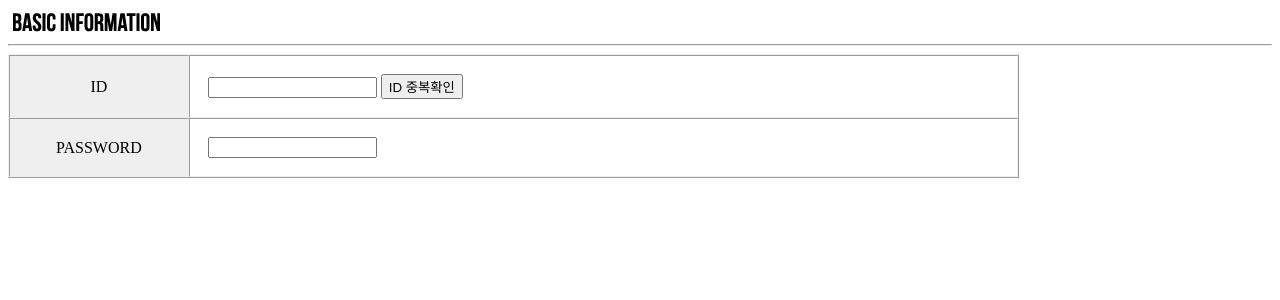
Repository: kminjoo/Making-website-using-JSP
Page: http://localhost/website_project/Register.jsp
These files come from the project's save history. The page is drawn as it stood at one moment and after the next save; the edit follows.
The browser window is 1280 px wide. The pictures show the whole page.
The page is served by Tomcat 9. Other server files are loaded and not shown.

Above is the page before, as saved 2015-07-21 14:01:03.

### website_project/WebContent/Register.jsp
<%@ page language="java" contentType="text/html; charset=EUC-KR"
    pageEncoding="EUC-KR"%>
<!DOCTYPE html PUBLIC "-//W3C//DTD HTML 4.01 Transitional//EN" "http://www.w3.org/TR/html4/loose.dtd">
<html>
<head>
<meta http-equiv="Content-Type" content="text/html; charset=EUC-KR">
<title>Welcome to Minjoo's Website!</title>
<link href="style.css" rel="stylesheet" type="text/css">

<script language="JavaScript" src="script.js"></script>
</head>
<body>
<div><img src="<%=request.getContextPath() %>/images/basicInfo.JPG"/></div>
<hr>
<table border="1" cellpadding="18" cellspacing="1" width="80%">
<form name="regForm" method="post" action="RegisterProc.jsp">
	<tr>
		<td width="13%" align="center" bgcolor="#EFEFEF">ID</td>
		<td width="60%"><input type="text" name="mem_id" size="18">
		<input type="button" value="ID 중복확인" onClick="idCheck(this.form.mem_id.value)"></td>
	</tr>
	<tr>
		<td width="13%" align="center" bgcolor="#EFEFEF">PASSWORD</td>
		<td width="60%"><input type="password" name="mem_passwd" size="18">
	</tr>
</table>
</form>

</body>
</html>

### website_project/WebContent/style.css
@CHARSET "EUC-KR";

hr {
    display: block;
    margin-top: 0.5em;
    margin-bottom: 0.5em;
    margin-left: auto;
    margin-right: auto;
    border-style: inset;
    border-width: 1px;
}

table {
    display: table;
    border-collapse: collpase;
    border-spacing: 0px;
    border-color: #EFEFEF;
}

### website_project/WebContent/script.js
/**
 *
 */


function loginCheck(){
	if(document.login.mem_id.value==""){
		alert("Enter your ID.");
		document.login.mem_id.focus();
		return;
	}
	if(document.login.mem_passwd.value==""){
		alert("Enter your password.");
		document.login.mem_passwd.focus();
		return;
	}
	document.login.submit();

}

function memberReg(){
	location.href ="Register.jsp";
}
function idCheck(id){
	if(id == ""){
	alert("Enter your ID.");
	document.regForm.mem_id.focus();
	}else{
		url="IdCheck.jsp?mem_id=" + id;
		window.open(url,"post","width=300,height=150");
	}
}

function inputCheck(){
	if(document.regForm.mem_id.value==""){
		alert("Enter your ID.");
		document.regForm.mem_id.focus();
		return;
	}
	if(document.regForm.mem_password.value==""){
		alert("Enter your Password.");
		document.regForm.mem_password.focus();
		return;
	}
	if(document.regForm.mem_repasswd.value==""){
		alert("Enter your Password.");
		document.regForm.mem_repasswd.focus();
		return;
	}

	if(document.regForm.mem_password.value != document.regForm.mem_repasswd.value){
		alert("Passwords do not match.");
		document.regForm.mem_passwd.focus();
		return;
	}

	if(document.regForm.mem_firstname.value==""){
		alert("Enter your first name.");
		document.regForm.mem_firstname.focus();
		return;
	}
	if(document.regForm.mem_lastname.value==""){
		alert("Enter your last name.");
		document.regForm.mem_lastname.focus();
		return;
	}
	if(document.regForm.mem_email.value==""){
		alert("Enter your email address.");
		document.regForm.mem_email.focus();
		return;
	}
	if(document.regForm.mem_phone1.value==""){
		alert("Enter your phone number.");
		document.regForm.mem_phone1.focus();
		return;
	}
	if(document.regForm.mem_phone2.value==""){
		alert("Enter your phone number.");
		document.regForm.mem_phone2.focus();
		return;
	}
	if(document.regForm.mem_phone3.value==""){
		alert("Enter your phone number.");
		document.regForm.mem_phone3.focus();
		return;
	}

	var str = document.regForm.mem_email.value;
	var atPos = str.indexOf('@');
	var atLastPos = str.lastIndexOf('@');
	var dotPos = str.indexOf('.');
	var spacePos = str.indexOf(' ');
	var commaPos = str.indexOf(',');
	var emailSize = str.length;

	if(atPos>1 && atPos == atLastPos && dotPos > 3 && spacePos == -1 &&
			commaPos == -1 && atPos + 1 < dotPos && dotPos + 1 < emailSize );
	else{
		alert("This e-mail address is incorrectly formatted. \n\r Please try again.");
		document.regForm.mem_email.focus();
		return;
	}

	document.regForm.submit();
}

function inputCheck2(){
	if(document.regForm.mem_id.value==""){
		alert("Enter your ID.");
		document.regForm.mem_id.focus();
		return;
	}
	if(document.regForm.mem_password.value==""){
		alert("Enter your Password.");
		document.regForm.mem_password.focus();
		return;
	}

	if(document.regForm.mem_firstname.value==""){
		alert("Enter your first name.");
		document.regForm.mem_firstname.focus();
		return;
	}
	if(document.regForm.mem_lastname.value==""){
		alert("Enter your last name.");
		document.regForm.mem_lastname.focus();
		return;
	}
	if(document.regForm.mem_email.value==""){
		alert("Enter your email address.");
		document.regForm.mem_email.focus();
		return;
	}
	if(document.regForm.mem_phone1.value==""){
		alert("Enter your phone number.");
		document.regForm.mem_phone1.focus();
		return;
	}
	if(document.regForm.mem_phone2.value==""){
		alert("Enter your phone number.");
		document.regForm.mem_phone2.focus();
		return;
	}
	if(document.regForm.mem_phone3.value==""){
		alert("Enter your phone number.");
		document.regForm.mem_phone3.focus();
		return;
	}

	var str = document.regForm.mem_email.value;
	var atPos = str.indexOf('@');
	var atLastPos = str.lastIndexOf('@');
	var dotPos = str.indexOf('.');
	var spacePos = str.indexOf(' ');
	var commaPos = str.indexOf(',');
	var emailSize = str.length;

	if(atPos>1 && atPos == atLastPos && dotPos > 3 && spacePos == -1 &&
			commaPos == -1 && atPos + 1 < dotPos && dotPos + 1 < emailSize );
	else{
		alert("This e-mail address is incorrectly formatted. \n\r Please try again.");
		document.regForm.mem_email.focus();
		return;
	}

	document.regForm.submit();
}

function win_close()
{
	self.close();
}

function searchInputCheck(sform){
	if(sform.search.value==""){
	alert("Enter what you want to search");
	sform.search.focus();
	return false;
}
	sform.submit();
}

After the next save:
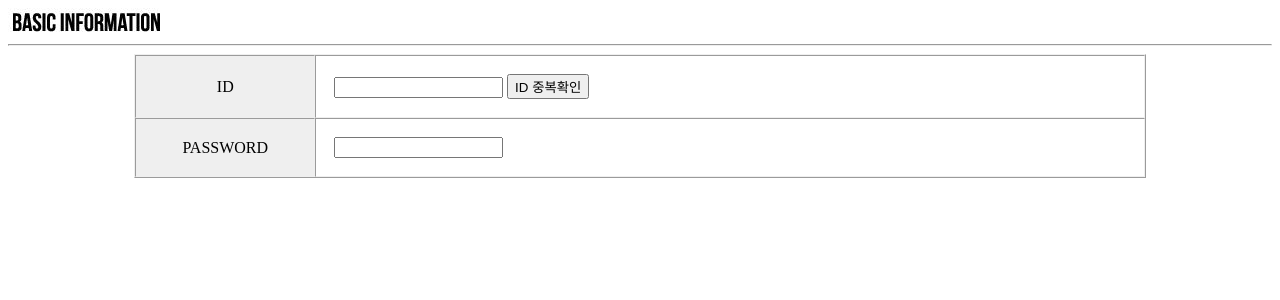
Saved 32 s later.
--- a/website_project/WebContent/Register.jsp
+++ b/website_project/WebContent/Register.jsp
@@ -12,7 +12,7 @@
 <body>
 <div><img src="<%=request.getContextPath() %>/images/basicInfo.JPG"/></div>
 <hr>
-<table border="1" cellpadding="18" cellspacing="1" width="80%">
+<table border="1" cellpadding="18" cellspacing="1" width="80%" align="center">
 <form name="regForm" method="post" action="RegisterProc.jsp">
 	<tr>
 		<td width="13%" align="center" bgcolor="#EFEFEF">ID</td>
